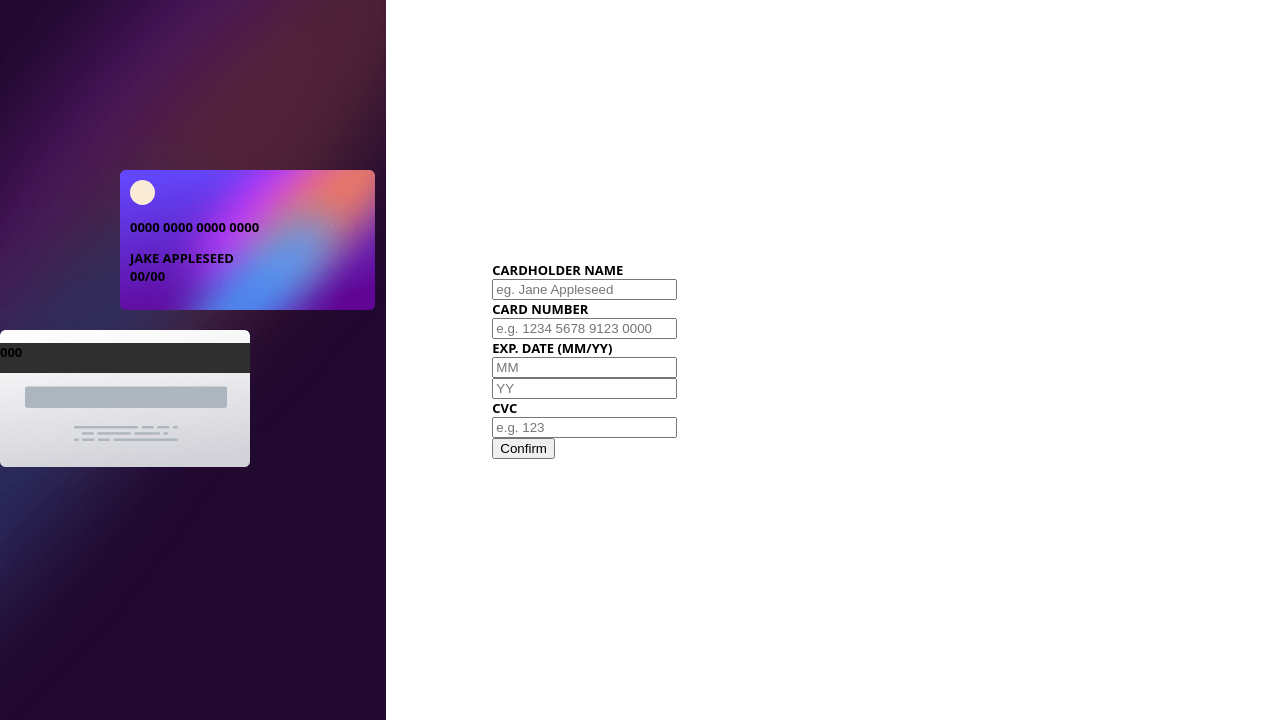
Repository: Celebration-cloud/my-project
Page: interactive-card-details-form-main/index.html
These files come from the project's save history. The page is drawn as it stood at one moment and after a run of saves; the edit follows.
The browser window is 1280 px wide. The pictures show the whole page.

Above is the page before, as saved 2023-08-23 00:39:09.

### interactive-card-details-form-main/index.html
<!DOCTYPE html>
<html lang="en">
<head>
  <meta charset="UTF-8">
  <meta name="viewport" content="width=device-width, initial-scale=1.0"> <!-- displays site properly based on user's device -->

  <link rel="icon" type="image/png" sizes="32x32" href="./images/favicon-32x32.png">
  <link rel="stylesheet" href="index.css">

  <title>Frontend Mentor | Interactive card details form</title>

  <!-- Feel free to remove these styles or customise in your own stylesheet 👍 -->
  <style>
    .attribution { font-size: 11px; text-align: center; }
    .attribution a { color: hsl(228, 45%, 44%); }
  </style>
</head>
<body>
  <div class="container">
    <section id="section-a" class="section-a">
      <div id="card">
        <div id="profile"></div><span class="detail"></span>
        <p id="card-number">0000 0000 0000 0000</p>
        <div id="others">
          <div id="card-name">JAKE APPLESEED</div>
          <div id="exp-date">00/00</div>
        </div>
      </div>
      <div id="card-back">
        <p id="cvc-digit">000</p>
      </div>

    </section>
    <!-- Add your site or application content here -->
    <!-- Card Details Form Section-->
    <section id="section-b" class="section-b">
      <form action="">
        <label for="name" id="cardholder-numeber-label">CARDHOLDER NAME</label><br/>
        <input name="name" id="cardholder-numeber-input" aria-required="false" placeholder="eg. Jane Appleseed" required/><br/>
        <label for="card-number" id="card-number-label">CARD NUMBER</label><br/>
        <input name="card-number" id="card-number-input" type="tel" aria-required="false" placeholder="e.g. 1234 5678 9123 0000" required/><br/>
        <label for="expire-date" id="expire-date-label">EXP. DATE (MM/YY)</label><br/>
        <input name="expire-date" id="expire-date" type="tel" aria-required="false" placeholder="MM" required/><br/>
        <input name="expire-date" id="expire-date2" type="tel" aria-required="false" placeholder="YY" required/><br/>
        <label for="cvc" id="cvc-label">CVC</label><br/>
        <input name="cvc" aria-required="false" id="cvc" type="tel" placeholder="e.g. 123" required/><br/>
        <button type="submit">Confirm</button>
      </form>

    </section>
  </div>

  <!-- 0000 0000 0000 0000
  00/00

  000

  Cardholder Name
  e.g. Jane Appleseed

  Card Number
  e.g. 1234 5678 9123 0000

  Exp. Date (MM/YY)
  MM
  YY

  CVC
  e.g. 123

  Confirm -->

  <!-- Completed state start -->

  <!-- Thank you!
  We've added your card details
  Continue -->

  <!-- <div class="attribution">
    Challenge by <a href="https://www.frontendmentor.io?ref=challenge" target="_blank">Frontend Mentor</a>.
    Coded by <a href="#">Your Name Here</a>.
  </div> -->
</body>
</html>

### interactive-card-details-form-main/index.css
body{
    font-family: system-ui, -apple-system, BlinkMacSystemFont, 'Segoe UI', Roboto, Oxygen, Ubuntu, Cantarell, 'Open Sans', 'Helvetica Neue', sans-serif;
    font-weight: bolder;
    font-size: small;
    margin: 0;
    -webkit-user-select: none;
    user-select: none;
    padding: 0;
    background-image: url(images/bg-main-desktop.png);
    background-repeat: no-repeat;
    background-size: contain;
    height: 100%;
}
.container{
    display: flex;
    height: 100vh;
}
#section-a{
    align-self: center;
    width: 50%;
    gap: 20px;
    display: flex;
    flex-direction: column;

}
#card{
    background-image: url(images/bg-card-front.png);
    background-repeat: no-repeat;
    background-size: contain;
    width: 290px;
    height: 120px;
    border-radius: 5px;
    padding: 10px;
    margin-left: 120px;
    display: flex;
    flex-direction: column;
}
#profile{
    width: 25px;
    height: 25px;
    background-color: antiquewhite;
    border-radius: 100%;
}
#card-number{

}
#others{

}
#exp-date{

}
#card-back{
    background-image: url(images/bg-card-back.png);
    background-repeat: no-repeat;
    background-size: contain;
    width: 250px;
    height: 220px;
    border-radius: 5px;
    align-self: ;
}
#cvc-digit{

}
#section-b{
    align-self: center;
    width: 80%;
}

After the next 2 saves:
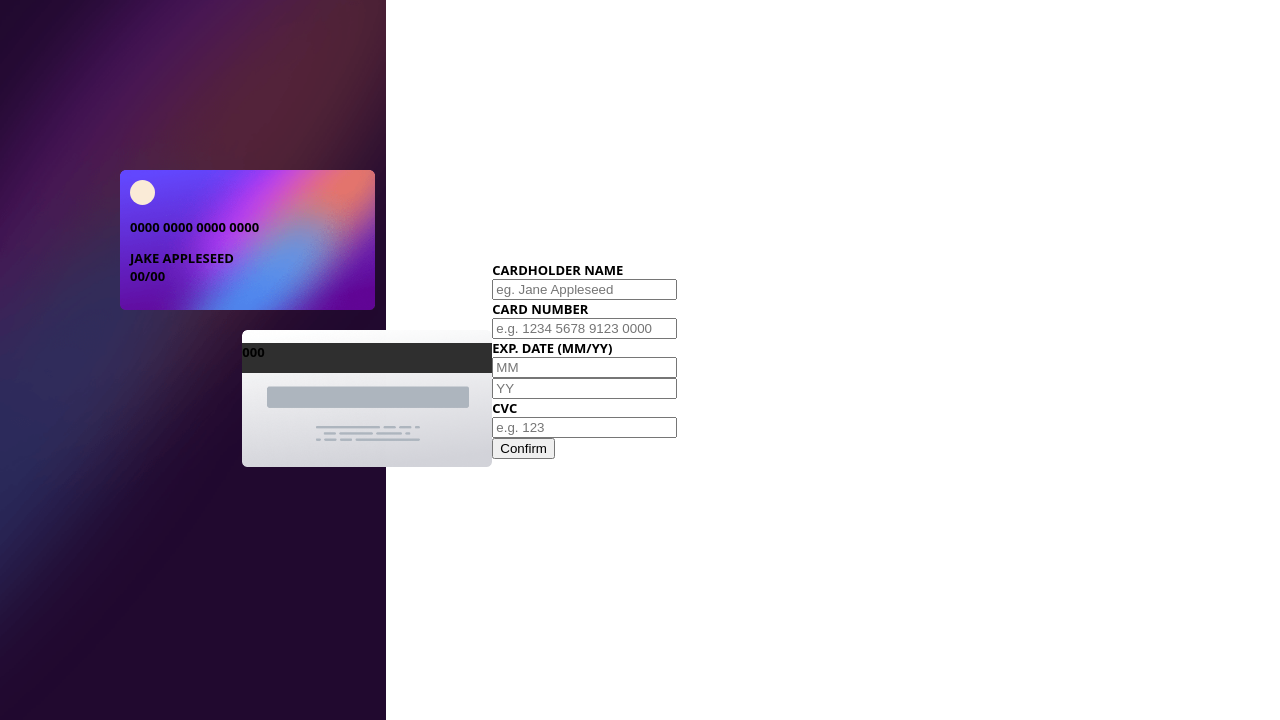
The 2 saves are shown as one change because they came seconds apart.
The last was saved 5 s later.
--- a/interactive-card-details-form-main/index.css
+++ b/interactive-card-details-form-main/index.css
@@ -57,7 +57,7 @@ body{
     width: 250px;
     height: 220px;
     border-radius: 5px;
-    align-self: ;
+    align-self: flex-end;
 }
 #cvc-digit{
 
